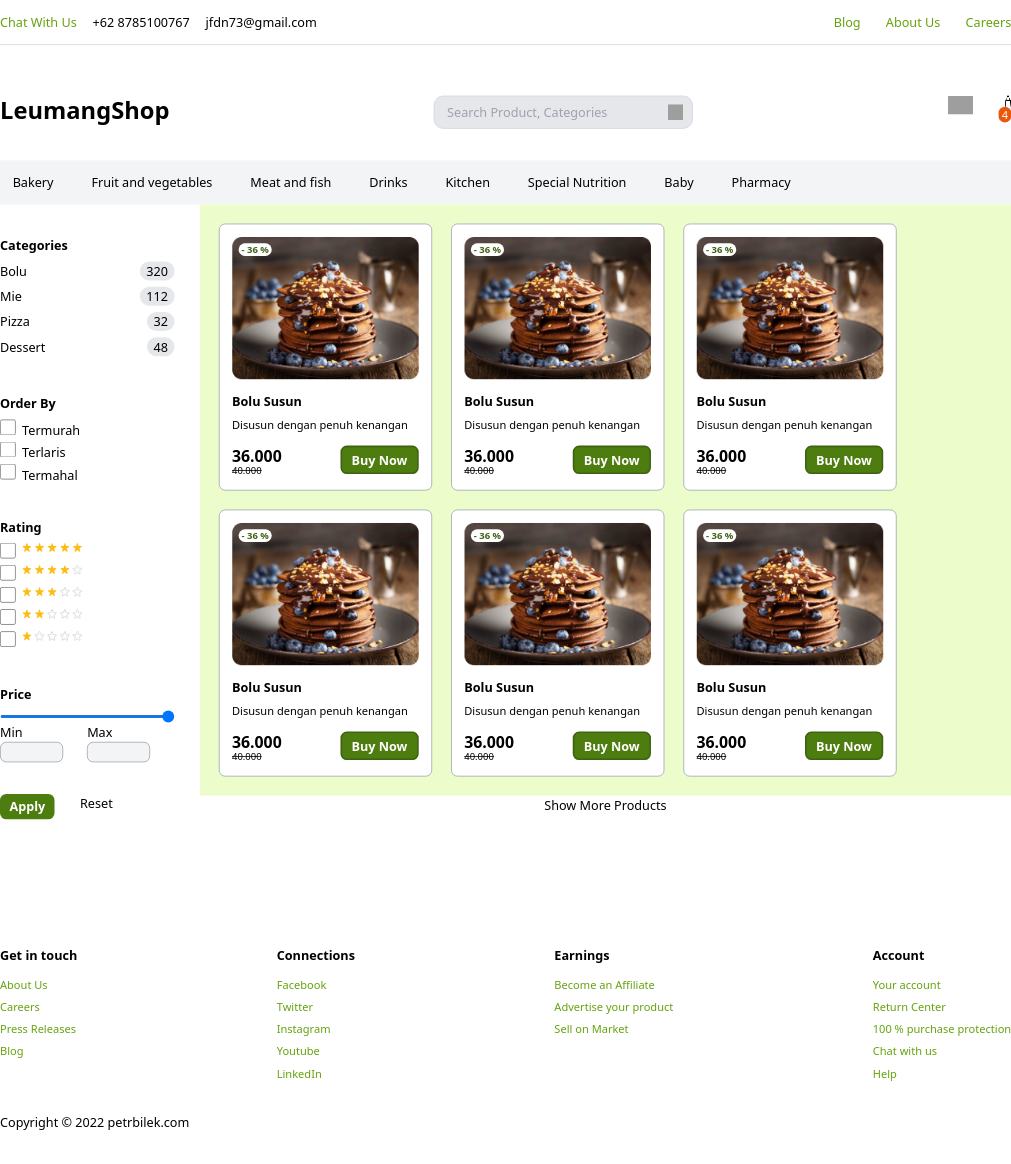
Repository: jafetdn73/ecommerce-tailwind
Page: /
These files come from the project's save history. The page is drawn as it stood at one moment and after the next save; the edit follows.
The browser window is 1280 px wide. The pictures show the whole page, at 79% of full size.
Pictures or frames that could not be fetched are drawn as grey boxes. The project was rebuilt for these pictures with package versions that can differ from the ones it lists, and the page was loaded fresh each time. Also part of the build but not shown: src/App.css.

Above is the page before, as saved 2022-03-14 17:32:16.

After the next save:
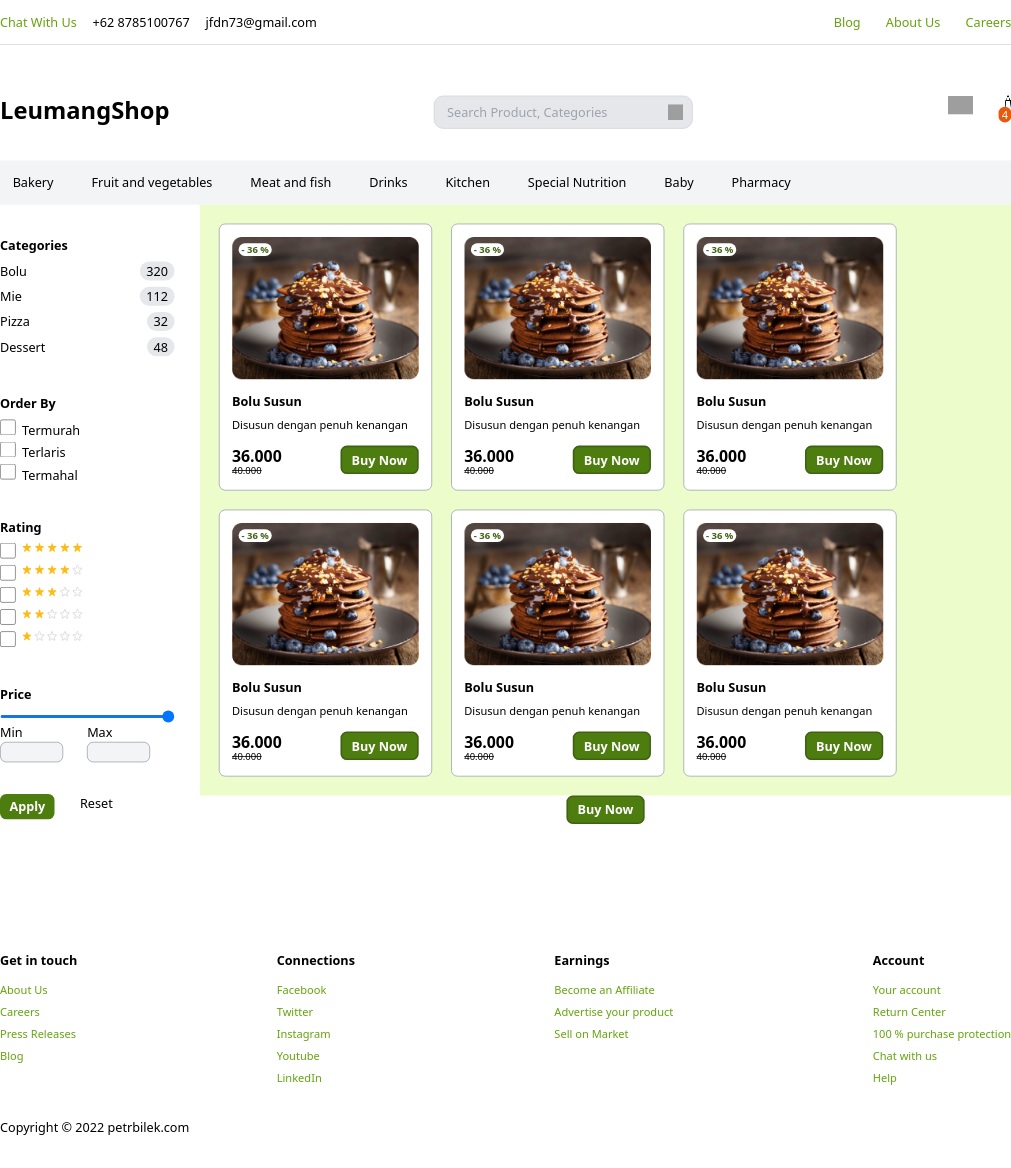
Saved 38 s later.
--- a/src/App.js
+++ b/src/App.js
@@ -297,7 +297,7 @@ function App() {
           </div>
         </div>
         </div>
-        <div className="flex justify-center">Show More Products</div>
+        <div className="flex justify-center"><button className="py-1 px-3 rounded-lg font-bold border-2 border-lime-800 bg-lime-700 text-white">Buy Now</button></div>
       </div>
 
 
